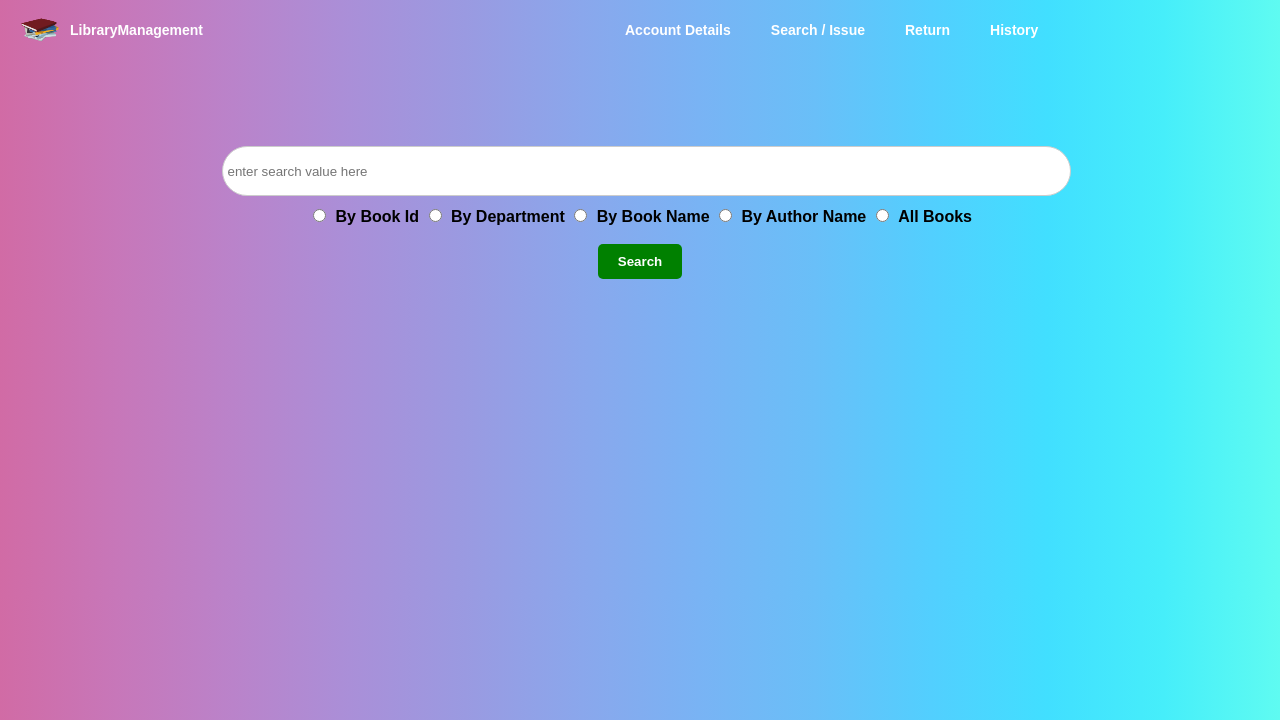
Repository: amitSai12/CMS
Page: http://localhost/LibraryManagementDemo/Search.jsp
These files come from the project's save history. The page is drawn as it stood at one moment and after the next save; the edit follows.
The browser window is 1280 px wide. The pictures show the whole page.
The page is served by Tomcat 9. Other server files are loaded and not shown.

Above is the page before, as saved 2023-10-01 22:06:53.

### Day1_Thu/LibraryManagementDemo/src/main/webapp/Search.jsp
<%@ page language="java" contentType="text/html; charset=ISO-8859-1"
    pageEncoding="ISO-8859-1"%>
<!DOCTYPE html>
<html>
<head>
<meta charset="ISO-8859-1">
<title>Insert title here</title>
<link rel="stylesheet" href="AllBooks.css">
</head>
<body>
<jsp:include page="Menu.jsp"/>
<br><br>
<form method="get" action="AllBooks.jsp" class="search-form">

<center>
<label for="searchvalue" ></label>
  <input type='text' name='searchvalue' id="searchvalue" placeholder="enter search value here">
  <div class="input-icon">
    <i class="fas fa-search"></i> <!-- Font Awesome search icon -->
  <input type="radio" name="searchtype" value="id" id="byId">
  <label for="byId">By Book Id</label>
  <input type="radio" name="searchtype" value="dept" id="byDept">
  <label for="byDept">By Department</label>
  <input type="radio" name="searchtype" value="bookname" id="byBookName">
  <label for="byBookName">By Book Name</label>
  <input type="radio" name="searchtype" value="authorname" id="byAuthorName">
  <label for="byAuthorName">By Author Name</label>
  <input type="radio" name="searchtype" value="all" id="allBooks">
  <label for="allBooks">All Books</label>
  <br><br>
  <input type='submit' value='Search' class="search-button">
  </center>
</form>

</body>
</html>

### Day1_Thu/LibraryManagementDemo/src/main/webapp/Menu.jsp
<!DOCTYPE html PUBLIC "-//W3C//DTD HTML 4.01 Transitional//EN" "http://www.w3.org/TR/html4/loose.dtd">
<html>
<head>
<meta http-equiv="Content-Type" content="text/html; charset=ISO-8859-1">
<title>User Account Page</title>
<link rel="stylesheet" href="menu.css">
</head>
<body>


	<div class="logo">
		<img
			src="kisspng-book-clip-art-vector-books-5aa7e41834c997.8769820715209523442162.png"
			alt="Your Logo"> <span class="logo-text">LibraryManagement</span>

	<div class="menu">
		<div class="atwo">
			<a href="AccountDetails.jsp">Account Details</a>
		</div>
		<div class="atwo">
			<a href="Search.jsp">Search / Issue</a>
		</div>
		<div class="atwo">
			<a href="TranBook.jsp">Return</a>
		</div>
		<div class="atwo">
			<a href="History.jsp">History</a>
		</div>
	</div>
	</div>





</body>
</html>

### Day1_Thu/LibraryManagementDemo/src/main/webapp/AllBooks.css
/* Style the table */
table {
    width: 100%;
    border-collapse: collapse;
    border: 1px solid #ddd;
    font-family: Arial, sans-serif;
}

/* Style the table header row */
th {
    background-color: #f2f2f2;
    font-weight: bold;
    text-align: left;
    padding: 10px;
    border-bottom: 2px solid #ddd;
}

/* Style the table data rows */
td {
    padding: 10px;
    text-align: left;
    border-bottom: 1px solid #ddd;
}

/* Style alternate rows with a different background color */
tr:nth-child(even) {
    background-color: #f9f9f9;
}

/* Style the checkbox inputs */
input[type="checkbox"] {
    width: 16px;
    height: 16px;
    margin: 0;
}

/* Style the "NA" cells */
td:empty::before {
    content: "NA";
    color: #999;
}

/* Add hover effect on rows */
tr:hover {
    background-color: #e5e5e5;
}

.search-form {
  font-family: Arial, sans-serif;
  padding: 20px;
  border-radius: 10px;
 width: 837px;
  margin: 0 auto;
}

input[type="radio"] {
  margin-right: 5px;
}

label {
  font-weight: bold;
}

#searchvalue {
  width: 100%;
  padding: 5px;
  margin: 10px 0;
  border: 1px solid #ccc;
  border-radius: 37px;
  height: 38px;
}


.search-button {
  background-color: green;
  color: white;
  border: none;
  padding: 10px 20px;
  font-weight: bold;
  cursor: pointer;
  border-radius: 5px;
}

.search-button:hover {
  background-color: darkgreen;
}

### Day1_Thu/LibraryManagementDemo/src/main/webapp/menu.css
body {
    font-family: Arial, sans-serif;
background-image: linear-gradient(to right, #d16ba5, #c777b9, #ba83ca, #aa8fd8, #9a9ae1, #8aa7ec, #79b3f4, #69bff8, #52cffe, #41dfff, #46eefa, #5ffbf1);
	margin: 0;
    padding: 0;
}

.logo {

    display: flex;
    align-items: center;
    padding: 10px 20px;
    color: white;
    margin-bottom: 20px; /* Adjust margin to create space below the logo */

}

/* Style the logo image */
.logo img {
    width: 40px; /* Adjust the width as needed */
    height: 40px; /* Adjust the height as needed */
    margin-right: 10px; /* Add some spacing between the image and text */
}

/* Style the logo text */
.logo-text {
    font-size: 14px; /* Adjust the font size as needed */
    font-weight: bold; /* Make the text bold */
}

.menu {
	 position: fixed;
    display: flex;
    justify-content: flex-end; /* Move menu to the right top corner */
    padding: 10px 20px; /* Adjust padding as needed */
    border-radius: 31px;
   margin-left: 565px;
}

.menu a {
    text-decoration: none; /* Remove the default underline */
    color: white;
    font-weight: bold;
    padding: 10px 20px;
    border-radius: 5px;
    position: relative; /* Add relative positioning */
    transition: color 0.3s;/* Add transitions for color and background-color */
    font-size: 14px;
}

.menu a-text {
    font-size: 6px; /* Adjust the font size as needed */
    font-weight: bold;
}

.menu a::before {
    content: ""; /* Create an empty pseudo-element */
    position: absolute; /* Set absolute positioning */
    bottom: 0; /* Position it at the bottom */
    left: 10%; /* Align it with the left edge of the link */
    width: 0%; /* Initially, the width is 0% */
    height: 2px; /* Set the height of the underline */
   background-image: linear-gradient(to right, #1b009f, #131d93, #1b2a84, #273273, #323961, #353b57, #393d4d, #3d3e42, #3c3c3f, #3a3a3c, #39393a, #373737); /* Color of the underline */
    transition: width 0.5s ease; /* Add a transition for width */
}

.menu a:hover {
 color:rgb(255, 255, 255);
}

.menu a:hover::before {
    width: 80%; /* Expand the width of the underline on hover */
}



/* Rest of your CSS styles */
/* ... */

/* Style the Issue and Return buttons */
input#issue,
input#return {
    background: linear-gradient(to bottom, rgb(0, 0, 128), rgb(0, 0, 255));
    width: 20%;
    border-radius: 29px;
    color: white;
    height: 40px;
    border: 2px;
    cursor: pointer;
    transition: background-color 0.3s ease;
    font-weight: bold;
}

input#issue:hover,
input#return:hover {
    background: linear-gradient(to bottom, rgb(0, 128, 255), rgb(0, 255, 255));
}

After the next save:
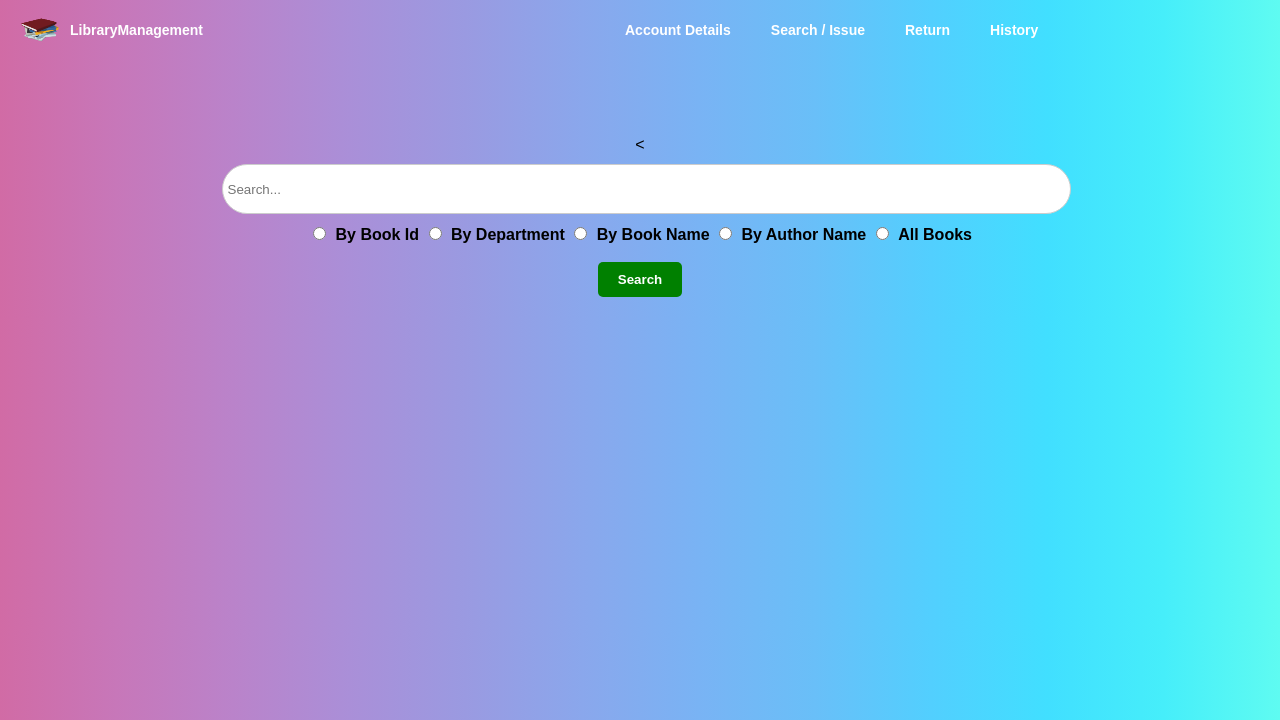
Saved 40 s later.
--- a/Day1_Thu/LibraryManagementDemo/src/main/webapp/Search.jsp
+++ b/Day1_Thu/LibraryManagementDemo/src/main/webapp/Search.jsp
@@ -13,10 +13,12 @@
 <form method="get" action="AllBooks.jsp" class="search-form">
 
 <center>
-<label for="searchvalue" ></label>
-  <input type='text' name='searchvalue' id="searchvalue" placeholder="enter search value here">
+<<div class="search-container">
   <div class="input-icon">
     <i class="fas fa-search"></i> <!-- Font Awesome search icon -->
+    <input type="text" name="searchvalue" id="searchvalue" placeholder="Search...">
+  </div>
+</div>
   <input type="radio" name="searchtype" value="id" id="byId">
   <label for="byId">By Book Id</label>
   <input type="radio" name="searchtype" value="dept" id="byDept">

After the save that followed:
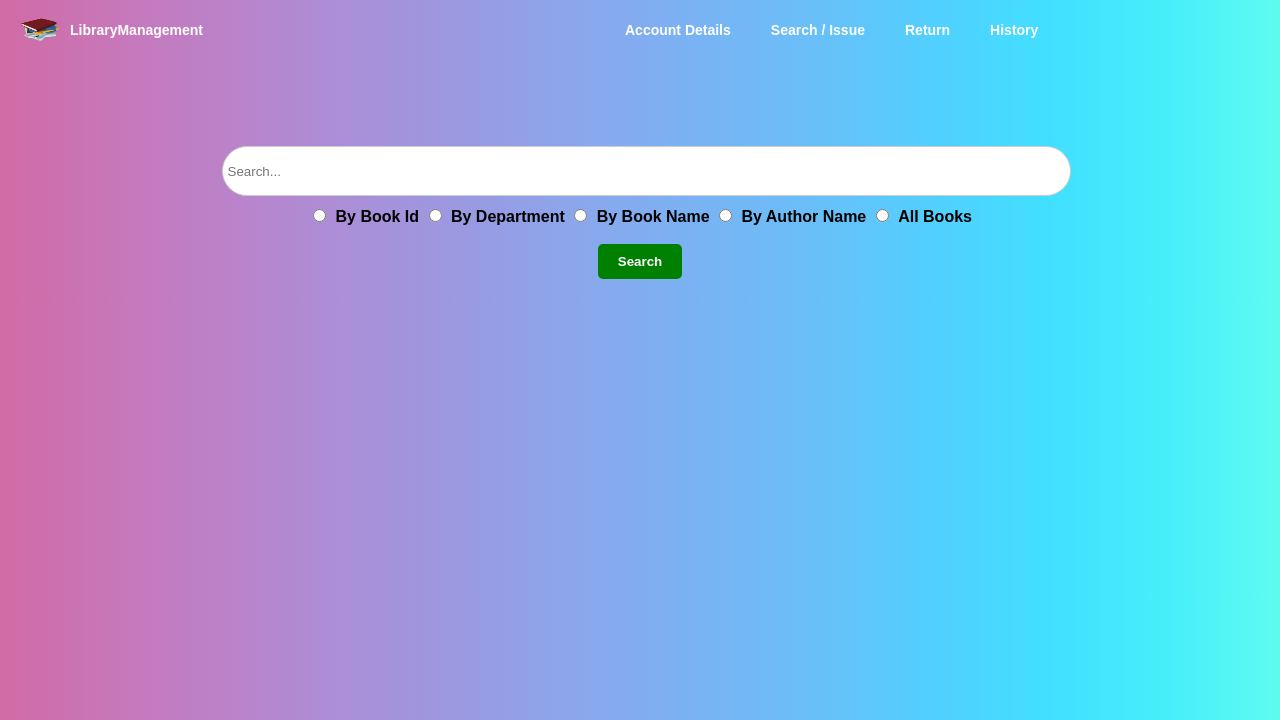
Saved 14 s later.
--- a/Day1_Thu/LibraryManagementDemo/src/main/webapp/Search.jsp
+++ b/Day1_Thu/LibraryManagementDemo/src/main/webapp/Search.jsp
@@ -13,7 +13,7 @@
 <form method="get" action="AllBooks.jsp" class="search-form">
 
 <center>
-<<div class="search-container">
+<div class="search-container">
   <div class="input-icon">
     <i class="fas fa-search"></i> <!-- Font Awesome search icon -->
     <input type="text" name="searchvalue" id="searchvalue" placeholder="Search...">
